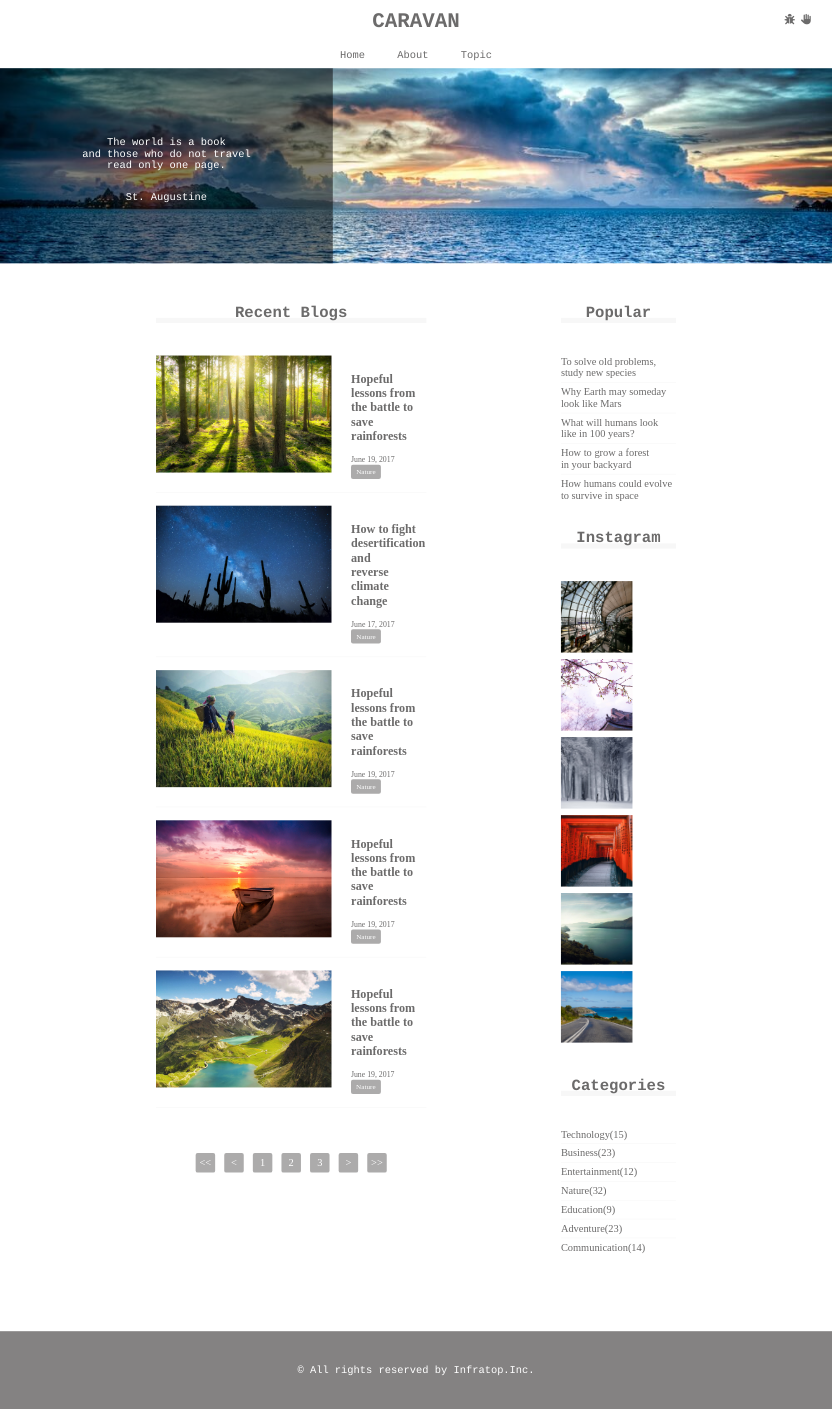
Repository: yymmyymm/review-sub1
Page: caravan/index.html
The author's editor kept a record of every edit. The page is drawn from the files as they stood at one moment, then again after the next edit.
The browser window is 1280 px wide. The pictures show the whole page, at 65% of full size.
Some icons come from a web library that is not loaded, so they are not drawn. Some web libraries are served in a nearby version.

Above is the page before.

### caravan/index.html
<!DOCTYPE html>
<html lang="ja">
  <head>
    <meta charset="UTF-8" />

    <script src="https://kit.fontawesome.com/0855b218b3.js" crossorigin="anonymous"></script>
    <!-- CSSファイルの読み込み -->
    <link rel="stylesheet" href="style.css" />
    <title>CARAVAN</title>
  </head>

  <body>
    <!-- header -->
    <header>
      <h1 class="heading">
        <a href="index.html">
          CARAVAN
        </a>
      </h1>
      <div class="social">
        <i class="fa-solid fa-bug"></i>
        <i class="fa-solid fa-hand"></i>
        <i class="fa-regular fa-alicorn"></i>
      </div>

    </header>

    <!-- navigation -->
    <nav>
      <ul class="nav-list">
        <li class="nav-list-item">
          <a href="index.html">Home</a>
        </li>
        <li class="nav-list-item">About</li>
        <li class="nav-list-item">Topic</li>
      </ul>
    </nav>

    <!-- main-visual用のdiv -->
    <div class="main-visual">
      <div class="main-visual-content">
        <p class="main-visual-text">
          The world is a book<br>
          and those who do not travel<br>
          read only one page.
        </p>
        <p class="main-visual-name">
          St. Augustine
        </p>
      </div>
    </div>

    <!-- main用のdiv -->
    <main>
      <section class="blog">
        <h2 class="blog-heading">Recent Blogs</h2>

       <div class="blog-box">
          <div class="blog-item">
            <img class="blog-image" src="img/forest.jpg" />
            <section class="blog-text">
              <h3 class="blog-text-heading">
                <a href="single.html">
                  Hopeful lessons from<br>
                  the battle to save<br>
                  rainforests
                </a>
              </h3>
              <p class="blog-date">June 19, 2017</p>
              <span class="category">Nature</span>
            </section>
          </div>

          <div class="blog-item">
            <img class="blog-image" src="img/desert.jpg" />
            <section class="blog-text">
              <h3 class="blog-text-heading">
                <a href="single.html">
                  How to fight<br>
                  desertification and<br>
                  reverse climate change
                </a>
              </h3>
              <p class="blog-date">June 17, 2017</p>
              <span class="category">Nature</span>
            </section>
          </div>

          <div class="blog-item">
            <img class="blog-image" src="img/asia.jpg" />
            <section class="blog-text">
              <h3 class="blog-text-heading">
                <a href="single.html">
                  Hopeful lessons from<br>
                  the battle to save<br>
                  rainforests
                </a>
              </h3>
              <p class="blog-date">June 19, 2017</p>
              <span class="category">Nature</span>
            </section>
          </div>

           <div class="blog-item">
            <img class="blog-image" src="img/sunset.jpg" />
            <section class="blog-text">
              <h3 class="blog-text-heading">
                <a href="single.html">
                  Hopeful lessons from<br>
                  the battle to save<br>
                  rainforests
                </a>
              </h3>
              <p class="blog-date">June 19, 2017</p>
              <span class="category">Nature</span>
            </section>
          </div>

           <div class="blog-item">
            <img class="blog-image" src="img/italy.jpg" />
            <section class="blog-text">
              <h3 class="blog-text-heading">
                <a href="single.html">
                  Hopeful lessons from<br>
                  the battle to save<br>
                  rainforests
                </a>
              </h3>
              <p class="blog-date">June 19, 2017</p>
              <span class="category">Nature</span>
            </section>
          </div>
        </div>
        <div class="pagination">
          <p><<</p>
          <p><</p>
          <p>1</p>
          <p>2</p>
          <p>3</p>
          <p>></p>
          <p>>></p>
        </div>

      </section>
      <div class="sidebar"></div>
       <div class="sidebar">
        <section class="popular">
          <h2 class="popular-heading common-heading">Popular</h2>
          <div class="sidebar-contents">
            <p class="popular-text">To solve old problems,<br>study new species</p>
            <p class="popular-text">Why Earth may someday<br>look like Mars</p>
            <p class="popular-text">What will humans look<br>like in 100 years?</p>
            <p class="popular-text">How to grow a forest<br>in your backyard</p>
            <p class="popular-text">How humans could evolve<br>to survive in space</p>
          </div>
        </section>
        <section class="instagram">
          <h2 class="instagram-heading common-heading">Instagram</h2>
          <div class="sidebar-contents">
            <div class="instagram-box"></div>
            <div class="instagram-box"></div>
            <div class="instagram-box"></div>
            <div class="instagram-box"></div>
            <div class="instagram-box"></div>
            <div class="instagram-box"></div>
          </div>
        </section>
        <section class="categories">
          <h2 class="categories-heading common-heading">Categories</h2>
          <div class="sidebar-contents">
            <p class="categories-text">Technology(15)</p>
            <p class="categories-text">Business(23)</p>
            <p class="categories-text">Entertainment(12)</p>
            <p class="categories-text">Nature(32)</p>
            <p class="categories-text">Education(9)</p>
            <p class="categories-text">Adventure(23)</p>
            <p class="categories-text">Communication(14)</p>
          </div>
        </section>
      </div>

    </main>
    <!-- footer -->
    <footer>
      <p class="footer-text">© All rights reserved by Infratop.Inc.</p>
    </footer>
  </body>
</html>

### caravan/style.css
/* ブラウザがそれぞれ持っているCSSをリセットするための記述 */
* {
  margin: 0;
  padding: 0;
  box-sizing: border-box;
  color: #6c6b6b;
}

a {
  text-decoration: none;
}

header, nav, h2, .main-visual, footer {
  font-family: Chalkduster, "Bradley Hand", Courier, "Segoe Print", sans-serif;
}

header {
  width: 90%; /* 横幅90% */
  padding: 15px 0;
  margin: 0 auto;
  text-align: center;
}

.social{
  display: inline-block;
  margin-left: 20px;
  position: absolute;
  top: 22px;
  right: 22px;
}

header .heading {
  /* headerタグ内のheadingクラスにのみ反映される */
  font-size: 32px;
}

.nav-list {
  text-align: center;
  padding: 10px 0;
  margin: 0 auto;
}

.nav-list-item {
  list-style: none;
  display: inline-block;
  margin: 0 20px;
}

.main-visual {
  width: 100%; /* 横幅いっぱい */
  height: 300px; /* 高さ300px */
  background-image: url(img/mv.jpg);
  background-size: cover; /* 縦横比を維持したまま背景領域を埋め尽くす */
  background-position: center; /* 背景画像を中央に配置 */
}

.main-visual-content {
  width: 40%; /* 横幅40% */
  height: 300px; /* 親の高さに揃える */
  background-color: rgba(0, 0, 0, 0.5); /* 背景色を半透明の黒にする */
  text-align: center; /* 文字を中央揃えにする */
  padding-top: 105px; /* 上側の内側余白で垂直方向の位置を調整 */
}

.main-visual-text {
  color: #fff; /* 文字色を白に変更 */
}

.main-visual-name {
  margin-top: 30px; /* 上側の外側の余白 */
  color: #fff; /* 文字色を白に変更 */
}

main {
  width: 800px; /* 横幅800px */
  display: flex; /* Flexboxの利用 */
  justify-content: center; /* 要素の横並び・中央寄せ */
  margin: 0 auto; /* 要素の中央揃え */
  padding: 70px 0; /* 上下に70px、左右に0pxの内側余白 */
}

.blog {
  width: 540px;
  margin-right: 30px; /* 領域の右側余白 */
}

.blog-heading {
  border-bottom: 8px solid #f7f7f7;
  text-align: center;
  line-height: 0.6;
}

.blog-box{
  padding-top: 50px;

}

.blog-item{
  padding-bottom: 20px;
  margin-bottom: 20px;
  border-bottom: 1px solid #f7f7f7;
  display: flex;
  justify-content:flex-start;
}

.blog-image{
  height: 180px;
}

.blog-text{
  padding: 25Px 0 0 30px;
}

.blog-text-heading{
  padding-bottom: 15px;
}

.blog-date{
  font-size: 12px;
  display:inline-block;
}

.category {
  display: inline-block;
  padding: 5px 8px;
  background-color: #acabab;
  border-radius: 3px;
  color: #fff;
  font-size: 11px;
}

.pagination {
  text-align: center;
  padding-top: 50px;
}

.pagination p {
  display: inline-block;
  width: 30px;
  height: 30px;
  margin: 0 5px;
  color: #fff;
  background-color: #acabab;
  border-radius: 3px;
  line-height: 30px;
}

.sidebar {
  width: 230px;
}

.common-heading {
  border-bottom: 8px solid #f7f7f7;
  text-align: center;
  line-height: 0.6;
}

.sidebar-contents {
  padding: 50px 0;
}

.popular-text,
.categories-text {
  padding-bottom: 5px;
  border-bottom: 1px solid #f7f7f7;
  margin-bottom: 5px;
}

.popular-text:last-child,
.categories-text:last-child {
  margin: 0;
  padding: 0;
  border: none;
}

.instagram .sidebar-contents {
  display: flex;
  flex-wrap: wrap;
}

.instagram-box {
  width: 110px;
  padding-top: 110px;
  background-size: cover;
  background-position: center;
  margin-bottom: 10px;
}

.instagram-box:nth-child(odd) {
  margin: 0 10px 10px 0;
}

.instagram-box:nth-child(1) {
  background-image: url(img/airport.jpg);
}

.instagram-box:nth-child(2) {
  background-image: url(img/japan.jpg);
}

.instagram-box:nth-child(3) {
  background-image: url(img/snow.jpg);
}

.instagram-box:nth-child(4) {
  background-image: url(img/japan2.jpg);
}

.instagram-box:nth-child(5) {
  background-image: url(img/lake.jpg);
}

.instagram-box:nth-child(6) {
  background-image: url(img/road.jpg);
}

footer {
  width: 100%;
  height: 120px;
  text-align: center;
  line-height: 120px;
  background-color: #848282;
}

.footer-text {
  color: #fff;
}

@media screen and (max-width:425px){
  header{
    width: 100%;
  }
}

After the next edit:
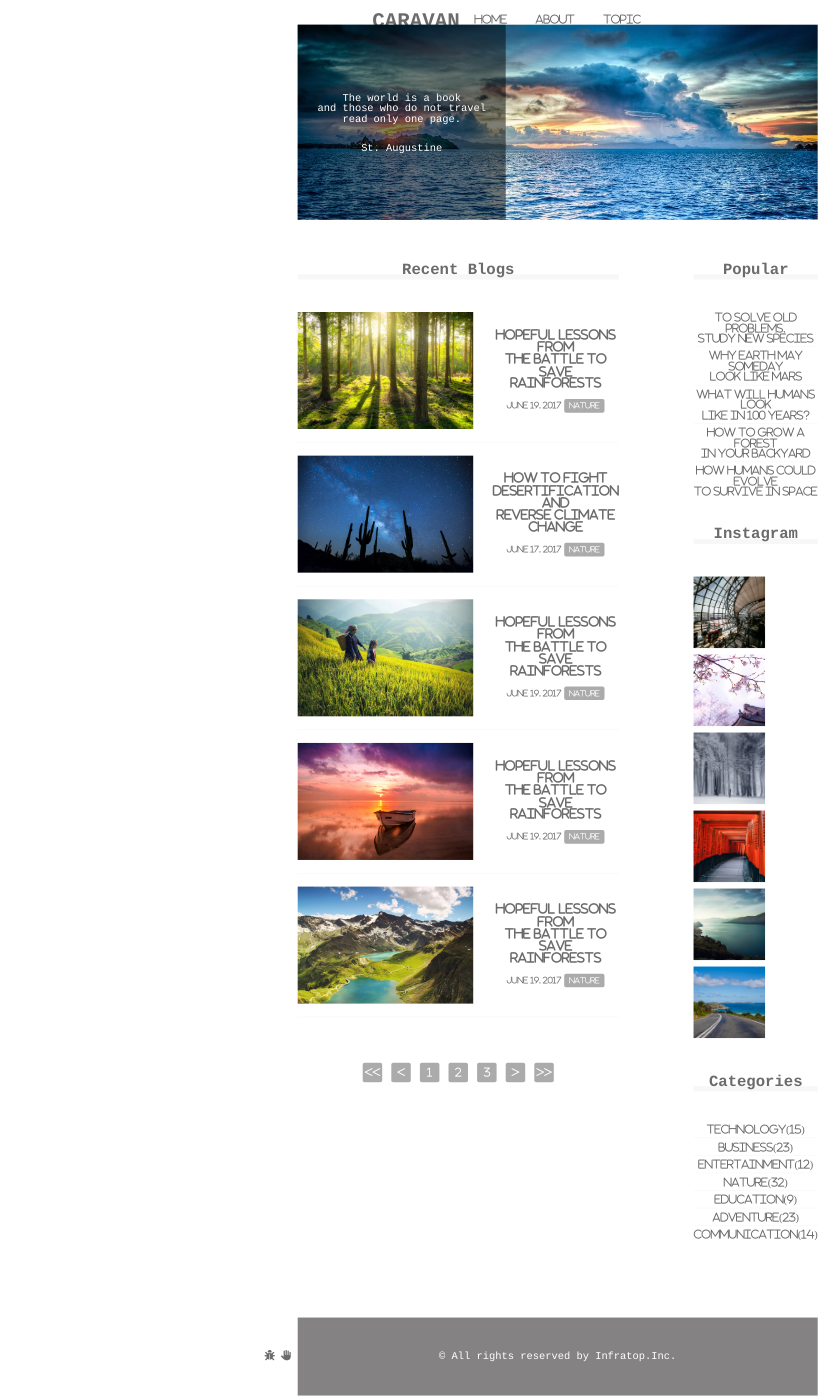
The edit:
--- a/caravan/index.html
+++ b/caravan/index.html
@@ -20,7 +20,7 @@
       <div class="social">
         <i class="fa-solid fa-bug"></i>
         <i class="fa-solid fa-hand"></i>
-        <i class="fa-regular fa-alicorn"></i>
+        <i class="fa-regular fa-alic
       </div>
 
     </header>

After the edit that followed:
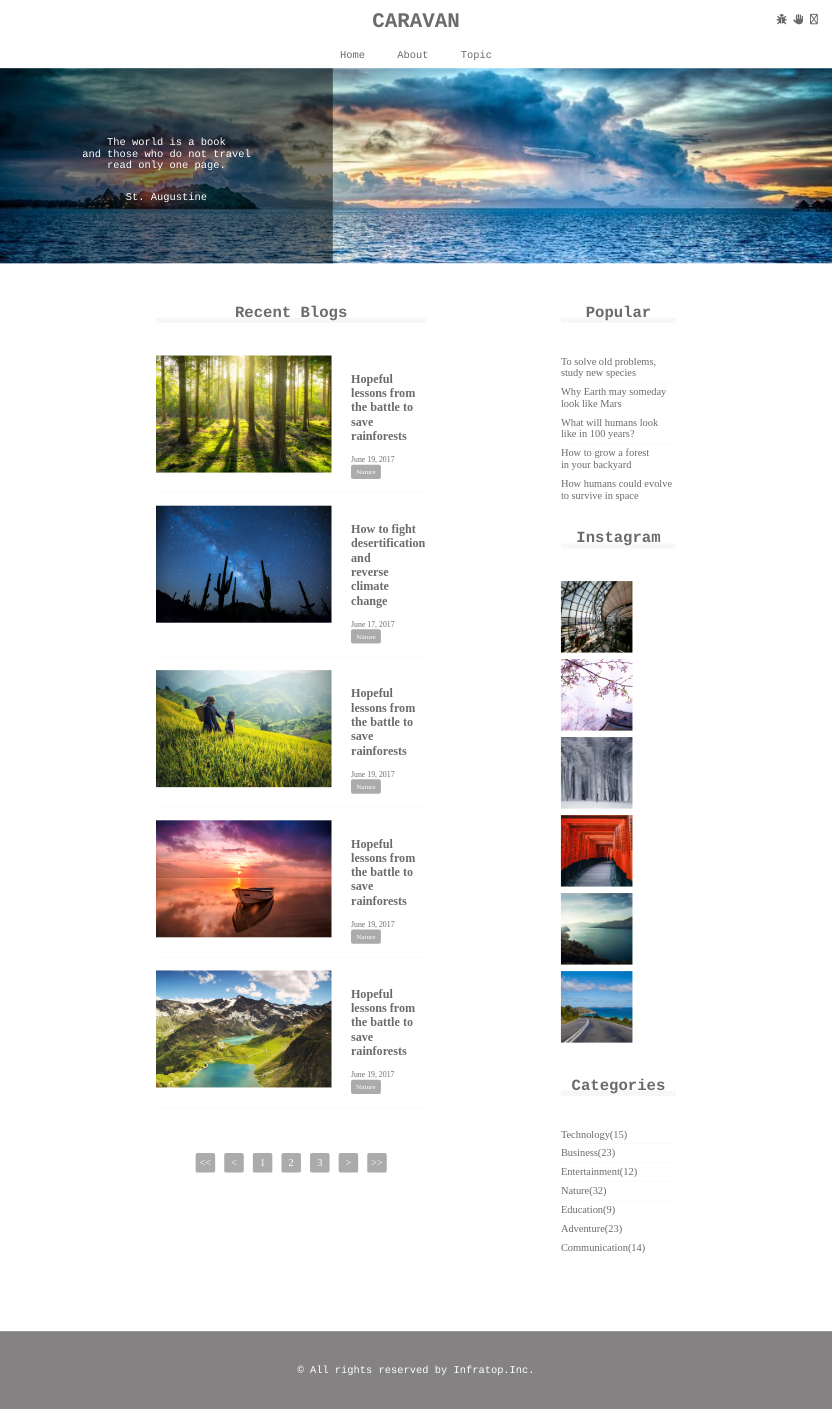
The edit:
--- a/caravan/index.html
+++ b/caravan/index.html
@@ -20,7 +20,7 @@
       <div class="social">
         <i class="fa-solid fa-bug"></i>
         <i class="fa-solid fa-hand"></i>
-        <i class="fa-regular fa-alic
+        <i class="fa-regular fa-bath"></i>
       </div>
 
     </header>
